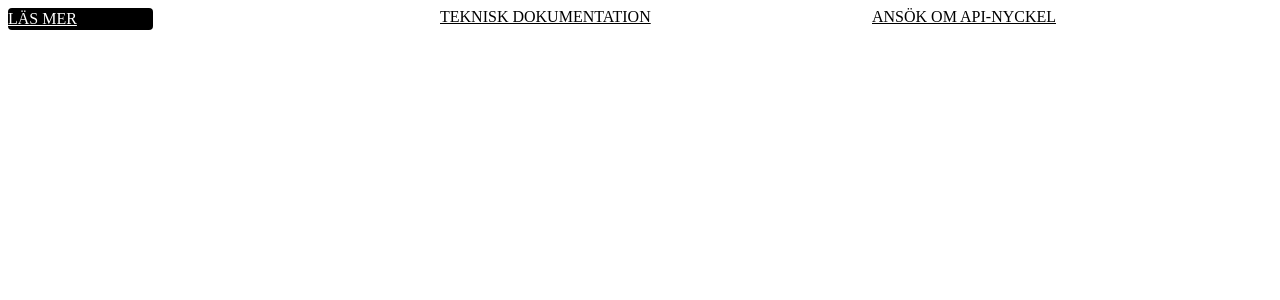
Repository: rudasn/docsy-cms-netlify
Page: layouts/partials/link.html
The author's editor kept a copy of each file at every save. The page is drawn from the files as they stood at one save, then again after the next save.
The browser window is 1280 px wide. The pictures show the whole page.

Above is the page before, as saved 2021-05-11 14:50:48.

After the next save:
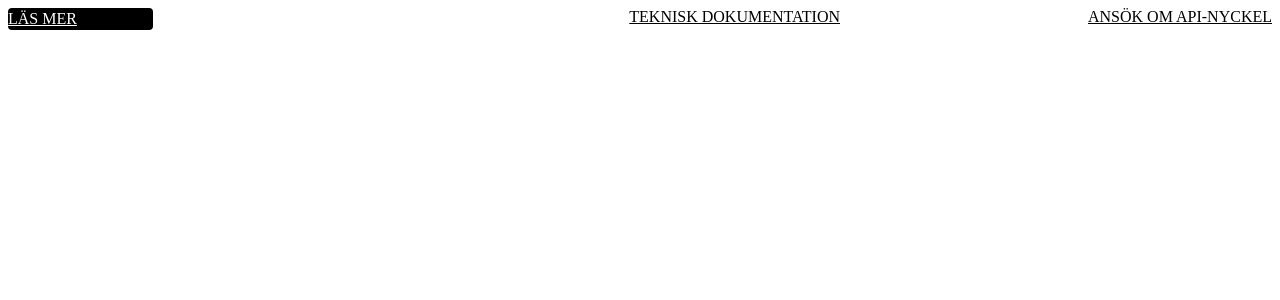
Saved 13 s later.
--- a/layouts/partials/link.html
+++ b/layouts/partials/link.html
@@ -33,7 +33,7 @@
 
 }
 .link_right{
-float: right;
+text-align: right;
 
 }
 /* Single column display for phones */

After the 3 saves that followed:
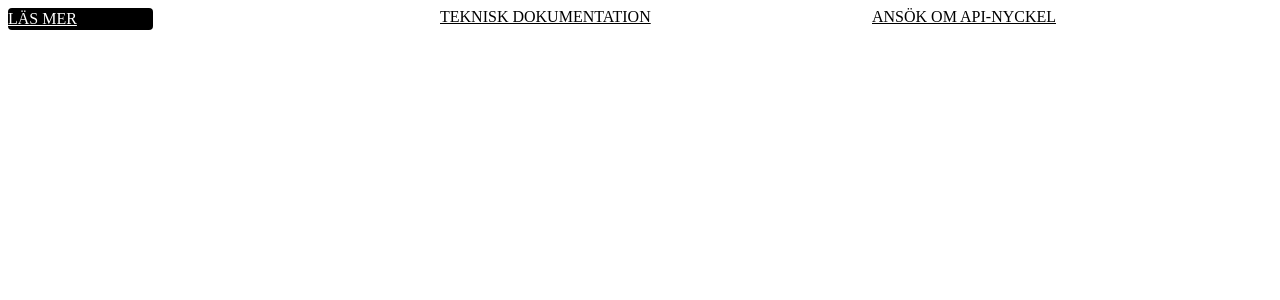
The 3 saves are shown as one change because 2 left the picture as it was.
The last was saved 99 s later.
--- a/layouts/partials/link.html
+++ b/layouts/partials/link.html
@@ -33,7 +33,7 @@
 
 }
 .link_right{
-text-align: right;
+float: right;
 
 }
 /* Single column display for phones */
